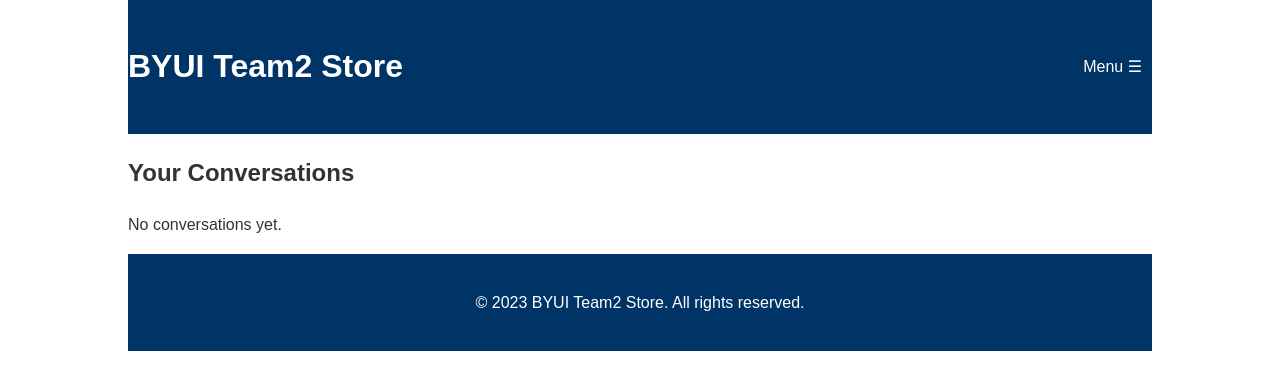
Repository: Jsime34/RexburgStore
Page: http://localhost/inbox/
These files come from the project's save history. The page is drawn as it stood at one moment and after the next save; the edit follows.
The browser window is 1280 px wide. The pictures show the whole page.
The page is served by the project's application, run on Django 5.2 (manage.py). The first stored user is signed in. Other server files are loaded and not shown. The page reads the database file committed with the project.

Above is the page before, as saved 2025-06-08 11:30:20.

### loginpage/templates/loginpage/inbox.html
{% extends 'loginpage/base.html' %}
{% block content %}
<div class="container">
    <h2>Your Conversations</h2>
    {% if conversations %}
        <ul>
            {% for user in conversations %}
                <li>
                    <a href="{% url 'conversation' user.id %}">
                        {{ user.username }}
                    </a>
                </li>
            {% endfor %}
        </ul>
    {% else %}
        <p>No conversations yet.</p>
    {% endif %}
</div>
{% endblock %}

### loginpage/templates/loginpage/base.html
{% load static %}
<!DOCTYPE html>
<html lang="en">
<head>
    <meta charset="UTF-8">
    <meta name="viewport" content="width=device-width, initial-scale=1.0">
    <link rel="stylesheet" href="{% static 'loginpage/style.css' %}">
    <script src="https://cdn.jsdelivr.net/npm/sweetalert2@11"></script>
    <script src="{% static 'loginpage/scripts.js' %}" defer></script>
    <title>{% block title %}BYUI Store{% endblock %}</title>
</head>
<body>
    <header class="container">
        <div class="header-content">
            <h1>BYUI Team2 Store</h1>
            <div class="menu-container">
                <a href="#" id="menu-toggle" class="nav-link">Menu ☰</a>
                <div class="nav-links" id="menu-content">
                    {% if user.is_authenticated %}
                        <a href="{% url 'create-listing' %}" class="nav-link">Create Listing</a>
                        <a href="{% url 'logout' %}" class="nav-link">Logout</a>
                        <a href="{% url 'user-dashboard' %}" class="nav-link">Dashboard</a>
                        <a href="{% url 'inbox' %}" class="nav-link">Inbox</a>
                        <a href="{% url 'chat' %}" class="nav-link">RexburgChat</a>
                    {% else %}
                        <a href="{% url 'login' %}" class="nav-link">Login</a>
                        <a href="{% url 'signup' %}" class="nav-link">Signup</a>
                    {% endif %}
                    <a href="/" class="nav-link">Home</a>
                </div>
            </div>
        </div>
    </header>

    {% block content %}{% endblock %}

    <footer class="container">
        <p>&copy; 2023 BYUI Team2 Store. All rights reserved.</p>
    </footer>
</body>
</html>

### loginpage/views.py
from django.shortcuts import render, redirect
from django.contrib.auth import authenticate, login
from django.contrib.auth.forms import UserCreationForm
from django.contrib import messages
from django.contrib.auth.decorators import login_required
from django.contrib.auth import logout
from .forms import CustomUserCreationForm
from .forms import ListingForm
from .models import Listing, Message
from django.shortcuts import get_object_or_404
from django.contrib.auth.models import User
from django.db import models
from django.db.models import Q, Max
# from .models import Message
from django.contrib.auth.models import User


def store_view(request):
    listings = Listing.objects.all()
    categories = Listing.objects.values_list('category', flat=True).distinct()

    selected_category = request.GET.get('category')
    if selected_category:
        listings = listings.filter(category=selected_category)

    return render(request, "loginpage/loginpage.html", {
        "listings": listings,
        "categories": categories,
        "selected_category": selected_category,
    })


def login_view(request):
    show_alert = request.GET.get("auth_required") == "true"

    if request.method == "POST":
        username = request.POST["username"]
        password = request.POST["password"]
        user = authenticate(request, username=username, password=password)
        if user is not None:
            login(request, user)
            return redirect("store")  # redirect to store
        else:
            messages.error(request, "Invalid username or password.")

    return render(request, "loginpage/login.html", {"show_alert": show_alert})



def signup_view(request):
    if request.method == "POST":
        form = CustomUserCreationForm(request.POST)
        if form.is_valid():
            form.save()
            messages.success(request, "Account created! You can now log in.")
            return redirect("login")
    else:
        form = CustomUserCreationForm()
    return render(request, "loginpage/signup.html", {"form": form})


@login_required
def home_view(request):
    return render(request, "loginpage/home.html")  # optional


def logout_view(request):
    logout(request)
    messages.success(request, "You have been logged out.")
    return redirect("login")

@login_required(login_url='login')
def create_listing(request):
    if request.method == "POST":
        form = ListingForm(request.POST, request.FILES)
        if form.is_valid():
            listing = form.save(commit=False)
            listing.seller = request.user
            listing.save()
            messages.success(request, "Listing created successfully!")
            return redirect("create-listing")
    else:
        form = ListingForm()
    return render(request, "loginpage/create_listing.html", {"form": form})

@login_required
def user_dashboard(request):
    user = request.user
    user_listings = Listing.objects.filter(seller=user)

    context = {
        "user": user,
        "listings": user_listings,
    }
    return render(request, "loginpage/dashboard.html", context)

@login_required
def delete_listing(request, listing_id):
    listing = get_object_or_404(Listing, id=listing_id, seller=request.user)
    if request.method == "POST":
        listing.delete()
        messages.success(request, "Listing deleted.")
    return redirect("user-dashboard")


@login_required
def edit_listing(request, listing_id):
    listing = Listing.objects.get(id=listing_id, seller=request.user)

    if request.method == "POST":
        form = ListingForm(request.POST, request.FILES, instance=listing)
        if form.is_valid():
            form.save()
            messages.success(request, "Listing updated successfully!")
            return redirect("user-dashboard")
    else:
        form = ListingForm(instance=listing)

    return render(request, "loginpage/edit_listing.html", {"form": form, "listing": listing})

def listing_detail(request, listing_id):
    listing = get_object_or_404(Listing, id=listing_id)
    return render(request, "loginpage/listing_detail.html", {"listing": listing})

def seller_profile(request, seller_id):
    seller = get_object_or_404(User, id=seller_id)
    listings = Listing.objects.filter(seller=seller)

    return render(request, "loginpage/seller_profile.html", {
        "seller": seller,
        "listings": listings
    })



@login_required
def chat_view(request):
    return render(request, "loginpage/chat.html", {"username": request.user.username})


@login_required
def conversation_view(request, listing_id):
    listing = get_object_or_404(Listing, id=listing_id)
    other_user = listing.seller
    user = request.user

    # Get all messages between the two users
    messages = Message.objects.filter(
        listing=listing,
        sender__in=[user, other_user],
        receiver__in=[user, other_user]
    ).order_by("timestamp")

    # Sending a message
    if request.method == "POST":
        content = request.POST.get("content")
        if content:
            Message.objects.create(
                sender=user,
                receiver=other_user,
                listing=listing,
                content=content
            )
            return redirect('conversation', listing_id=listing.id)

    context = {
        'messages': messages,
        'listing': listing,
        'other_user': other_user,
    }
    return render(request, "loginpage/conversation.html", context)


@login_required
def inbox_view(request):
    user = request.user

    # Get all listings the user has either sent or received messages about
    messages = Message.objects.filter(
        models.Q(sender=user) | models.Q(receiver=user)
    ).select_related('listing', 'sender', 'receiver').order_by('-timestamp')

    # Create a set of unique (listing, other_user) threads
    threads = []
    seen = set()
    for msg in messages:
        other_user = msg.receiver if msg.sender == user else msg.sender
        thread_key = (msg.listing.id, other_user.id)
        if thread_key not in seen:
            threads.append({
                "listing": msg.listing,
                "other_user": other_user,
                "last_message": msg
            })
            seen.add(thread_key)

    return render(request, "loginpage/inbox.html", {"threads": threads})

### mysite/urls.py
"""
URL configuration for mysite project.

The `urlpatterns` list routes URLs to views. For more information please see:
    https://docs.djangoproject.com/en/5.2/topics/http/urls/
Examples:
Function views
    1. Add an import:  from my_app import views
    2. Add a URL to urlpatterns:  path('', views.home, name='home')
Class-based views
    1. Add an import:  from other_app.views import Home
    2. Add a URL to urlpatterns:  path('', Home.as_view(), name='home')
Including another URLconf
    1. Import the include() function: from django.urls import include, path
    2. Add a URL to urlpatterns:  path('blog/', include('blog.urls'))
"""
from django.contrib import admin
from django.urls import path, include
from django.conf import settings  # ✅ Needed for serving media
from django.conf.urls.static import static

urlpatterns = [
    path('admin/', admin.site.urls),
    path("", include("loginpage.urls")),
]

if settings.DEBUG:
    urlpatterns += static(settings.MEDIA_URL, document_root=settings.MEDIA_ROOT)

### loginpage/urls.py
from django.urls import path
from . import views

urlpatterns = [
    path("", views.store_view, name="store"),
    path("login/", views.login_view, name="login"),
    path("signup/", views.signup_view, name="signup"),
    path("logout/", views.logout_view, name="logout"),
    path("home/", views.home_view, name="home"),
    path("create/", views.create_listing, name="create-listing"),
    path("dashboard/", views.user_dashboard, name="user-dashboard"),
    path("delete/<int:listing_id>/", views.delete_listing, name="delete-listing"),
    path("edit/<int:listing_id>/", views.edit_listing, name="edit-listing"),
    path("listing/<int:listing_id>/", views.listing_detail, name="listing-detail"),
    path("seller/<int:seller_id>/", views.seller_profile, name="seller-profile"),
    path("chat/", views.chat_view, name="chat"),
    path("chat/listing/<int:listing_id>/", views.conversation_view, name="conversation"),
    path("inbox/", views.inbox_view, name="inbox"),
]

### loginpage/static/loginpage/style.css
body {
    font-family: Arial, sans-serif;
    line-height: 1.6;
    margin: 0;
    padding: 0;
    color: #333;
}
.container {
    width: 80%;
    margin: auto;
    overflow: hidden;
}
header {
    background: #003366;
    color: white;
    padding: 20px 0;
}
.header-content {
    display: flex;
    justify-content: space-between;
    align-items: center;
}
.nav-links {
    display: flex;
    gap: 20px;
}
.nav-link {
    position: relative;
    color: white;
    text-decoration: none;
    padding: 0 10px;
}
.nav-link:not(:last-child)::after {
    content: "|";
    position: absolute;
    right: -12px;
    color: white;
}
.nav-link:hover {
    text-decoration: underline;
}
.hero {
    padding: 40px 0;
    text-align: center;
    background: #f4f4f4;
}
.cta-button {
    display: inline-block;
    background: #003366;
    color: white;
    padding: 10px 20px;
    text-decoration: none;
    border-radius: 5px;
    margin: 20px 0;
}
.features {
    padding: 40px 0;
    text-align: center;
}
table {
    width: 100%;
    border-collapse: collapse;
    margin: 20px 0;
}
th, td {
    padding: 15px;
    border: 1px solid #ddd;
    text-align: center;
}
.newsletter {
    background: #f4f4f4;
    padding: 40px 0;
    text-align: center;
}
input[type="email"] {
    padding: 10px;
    width: 300px;
    margin-right: 10px;
}
input[type="submit"] {
    padding: 10px 20px;
    background: #003366;
    color: white;
    border: none;
    border-radius: 5px;
    cursor: pointer;
}
footer {
    background: #003366;
    color: white;
    text-align: center;
    padding: 20px 0;
    margin-top: 20px;
}

.listing-grid {
    display: grid;
    grid-template-columns: repeat(auto-fit, minmax(250px, 1fr));
    gap: 1.5rem;
    margin-top: 1rem;
}

.listing-card {
    border: 1px solid #ccc;
    padding: 1rem;
    border-radius: 8px;
    background-color: #fdfdfd;
    box-shadow: 0 2px 6px rgba(0, 0, 0, 0.05);
}

.listing-image {
    width: 50%;
    height: 200px;
    object-fit: cover;
    border-radius: 6px;
    margin-bottom: 0.5rem;
    display: block;
    background-color: #f4f4f4;
}


.menu-container {
    position: relative;
}

#menu-content {
    display: none;
    flex-direction: row;
    gap: 10px;
}

### loginpage/static/loginpage/scripts.js
// scripts.js

document.addEventListener("DOMContentLoaded", function () {
    // SweetAlert2 for form errors
    const errorDataElement = document.getElementById("form-errors-data");
    if (errorDataElement) {
        const errors = JSON.parse(errorDataElement.textContent);
        let message = "";
        for (const [field, fieldErrors] of Object.entries(errors)) {
            fieldErrors.forEach((error) => {
                message += `${field}: ${error}\n`;
            });
        }

        Swal.fire({
            icon: "error",
            title: "Form Error",
            text: message,
            confirmButtonColor: "#003366",
        });
    }

    // SweetAlert2 for listing success
    if (window.listingSuccessMessages && window.listingSuccessMessages.length > 0) {
        Swal.fire({
            icon: "success",
            title: "Success!",
            text: window.listingSuccessMessages.join("\n"),
            confirmButtonColor: "#003366",
        });
    }

    // ----------------------
    // Ably Chat Integration
    // ----------------------

    // Only run if chat container exists
    if (document.getElementById("chat-log")) {
        const ably = new Ably.Realtime("gO7FKA.3mj-1Q:g-UunUZGmbXW_bcwflzEAvyIGKb4Ej3E3EVXnp-ad6o");
        const channel = ably.channels.get("rexburg-store-chat");

        // Send a chat message
        window.sendMessage = function () {
            const input = document.getElementById("chat-message");
            const message = input.value.trim();
            if (message) {
                channel.publish("message", message);
                input.value = "";
            }
        };

        // Listen for incoming messages
        channel.subscribe("message", function (msg) {
            const log = document.getElementById("chat-log");
            const line = document.createElement("div");
            line.textContent = msg.data;
            log.appendChild(line);
            log.scrollTop = log.scrollHeight;
        });
    }
});


// for hambuger button

document.addEventListener("DOMContentLoaded", function () {
    const toggle = document.getElementById("menu-toggle");
    const content = document.getElementById("menu-content");

    if (toggle && content) {
        toggle.addEventListener("click", function (e) {
            e.preventDefault();
            content.style.display = content.style.display === "block" ? "none" : "block";
        });
    }
});

### db.sqlite3 (the tables this page reads, as SQL)
CREATE TABLE "auth_user" ("id" integer NOT NULL PRIMARY KEY AUTOINCREMENT, "password" varchar(128) NOT NULL, "last_login" datetime NULL, "is_superuser" bool NOT NULL, "username" varchar(150) NOT NULL UNIQUE, "last_name" varchar(150) NOT NULL, "email" varchar(254) NOT NULL, "is_staff" bool NOT NULL, "is_active" bool NOT NULL, "date_joined" datetime NOT NULL, "first_name" varchar(150) NOT NULL);
INSERT INTO "auth_user" VALUES
(2, 'pbkdf2_sha256$1000000$pTHOfOZIVh6pkdfwENTZiJ$0xqN4d2ZQaER/kjbY+HtoCh5G3IEONyuW+0ILSPqSS8=', '2025-06-04 20:09:21', 1, 'LaNiz', 'Ncube', 'laniz@byui.edu', 1, 1, '2025-06-04 18:39:21', 'Shepherd'),
(3, 'pbkdf2_sha256$720000$jAkpbOOSjwGJvUYdd0I7cI$ObWYDqu2Vmy6DTrvvSsigNGykh120jrTk1mpQyZdeA8=', '2025-06-16 20:59:03.714832', 0, 'new_user_3', 'User', 'new_user@byui.edu', 0, 1, '2025-06-11 21:27:33.990591', 'New2'),
(4, 'pbkdf2_sha256$1000000$hd6gUeF0QEkxNsW51XpPod$ZGO+pX7A6xk255pzb2Ccox78P+7OrTWj1QppsV2HOI8=', '2025-06-16 20:10:03.000146', 0, 'new_user_4', 'user', 'new_user@byui.edu', 0, 1, '2025-06-11 22:30:39.478603', 'New4'),
(5, 'pbkdf2_sha256$720000$SrzJ737OsgXnhCjqpF9Vcf$6T9u9GN341mNAn2qlEG8q0mffkoMvXeFISrNDMUCb4A=', '2025-06-16 20:55:24.975723', 1, 'superuser', 'Ncube', 'zkghkjs@gm.com', 1, 1, '2025-06-12 00:13:19', 'Shepherd'),
(6, 'pbkdf2_sha256$720000$bPRXNAQZqFtTyshvT7SPni$c787J6EFql9pDUWjt29SNOQxWtcu1TfU/SsSNbjvh+I=', NULL, 0, 'jsime', 'Gutierrez Zevallos', 'jaimegut3005@byui.edu', 0, 1, '2025-06-16 20:54:03.579258', 'Jaime'),
(7, 'pbkdf2_sha256$720000$svztrXiJ47ZOnVxZ7yYUzK$7jSZBBo8aS6OsulyZgrIYOoLhEoUJwxOpC55pAgbm90=', NULL, 0, 'Jsime21', '', '', 0, 1, '2025-06-16 20:56:15.292344', '');

CREATE TABLE "loginpage_listing" ("id" integer NOT NULL PRIMARY KEY AUTOINCREMENT, "title" varchar(100) NOT NULL, "description" text NOT NULL, "price" decimal NOT NULL, "category" varchar(20) NOT NULL, "condition" varchar(20) NOT NULL, "image" varchar(100) NULL, "created_at" datetime NOT NULL, "seller_id" integer NOT NULL REFERENCES "auth_user" ("id") DEFERRABLE INITIALLY DEFERRED);
INSERT INTO "loginpage_listing" VALUES
(3, 'iphone 11', 'New iphone, buy please', 899, 'electronics', 'new', 'listing_images/5613842_sd-630985700_z0XUDux.jpg', '2025-06-11 22:28:28.251129', 3),
(4, 'laptop', 'not working, can buy for parts', 200, 'electronics', 'for_parts', 'listing_images/laptop.jpg', '2025-06-11 22:44:20.225666', 3),
(6, 'Gucci bag', 'Used Gucci bag', 299, 'clothing', 'like_new', 'listing_images/Gucci_kTvjHWk.jpeg', '2025-06-12 00:19:52.189532', 4),
(7, 'Cal 2 text book', 'Used text book', 20, 'books', 'used', 'listing_images/Cal_2.jpg', '2025-06-12 00:23:43.229765', 2),
(8, 'New Chair', 'Used chair', 40, 'furniture', 'used', 'listing_images/chair.jpeg', '2025-06-12 00:27:03.191225', 4),
(9, 'New car', 'New car', 2000, 'other', 'new', 'listing_images/car.JPG', '2025-06-12 00:28:33.295147', 2),
(10, 'Galaxy s26', 'Pre order your S26 here', 2000, 'electronics', 'new', 'listing_images/s26.webp', '2025-06-12 00:57:52.611567', 4),
(11, 'plant', 'Used plant?', 20, 'other', 'used', 'listing_images/grow-jade-plants-indoors-1902981-01-8f7707a296d3481585008307e61f5655-2595218911.jpg', '2025-06-12 01:03:29.347640', 4),
(12, 'Jordan 13', 'Slightly used Jordan 13', 99, 'clothing', 'like_new', 'listing_images/801581_1-3653999636.jpg', '2025-06-12 01:07:19.079839', 4),
(13, 'testing', ',sfs', 20, 'furniture', 'like_new', '', '2025-06-12 01:09:02.846850', 4),
(14, 'test notificatio n', 'skfjhsakj', 200, 'electronics', 'new', '', '2025-06-12 01:12:15.213463', 4);

CREATE TABLE "loginpage_message" ("id" integer NOT NULL PRIMARY KEY AUTOINCREMENT, "content" text NOT NULL, "timestamp" datetime NOT NULL, "receiver_id" integer NOT NULL REFERENCES "auth_user" ("id") DEFERRABLE INITIALLY DEFERRED, "sender_id" integer NOT NULL REFERENCES "auth_user" ("id") DEFERRABLE INITIALLY DEFERRED, "listing_id" bigint NOT NULL REFERENCES "loginpage_listing" ("id") DEFERRABLE INITIALLY DEFERRED);
INSERT INTO "loginpage_message" VALUES
(2, 'is this available?', '2025-06-11 22:44:50.476240', 3, 4, 4),
(3, 'hello there >)', '2025-06-16 20:57:26.684374', 3, 5, 3),
(4, 'hello bro', '2025-06-16 20:58:06.157886', 3, 5, 3),
(5, 'HELLO', '2025-06-16 20:58:09.257848', 3, 5, 3),
(6, 'ANSWER', '2025-06-16 20:58:12.190596', 3, 5, 3),
(7, 'XXXXXXXXXXXXXXXXXXXXXXXXXXXXXXXXXX', '2025-06-16 20:58:18.091849', 3, 5, 3),
(8, 'q
', '2025-06-16 20:59:23.074915', 3, 3, 4);

After the next save:
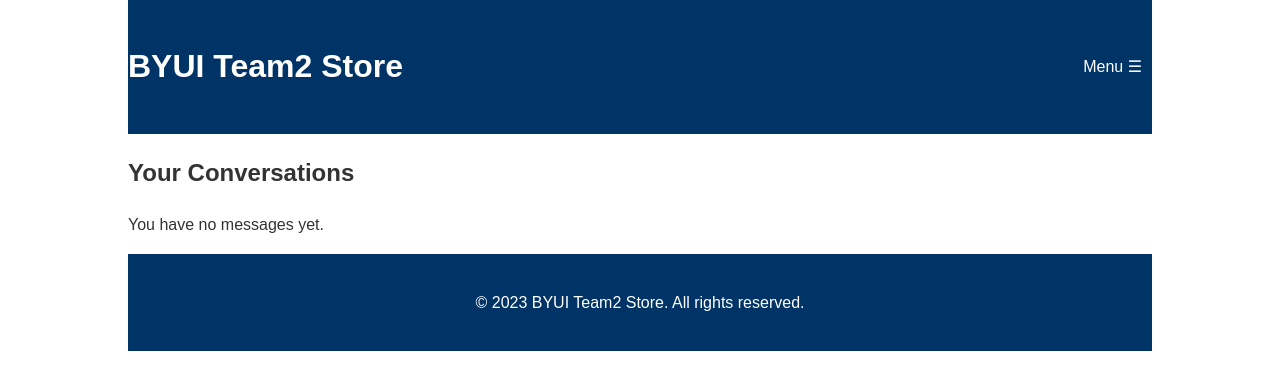
Saved 5 min 2 s later.
--- a/loginpage/templates/loginpage/inbox.html
+++ b/loginpage/templates/loginpage/inbox.html
@@ -1,19 +1,23 @@
 {% extends 'loginpage/base.html' %}
+
 {% block content %}
 <div class="container">
     <h2>Your Conversations</h2>
-    {% if conversations %}
-        <ul>
-            {% for user in conversations %}
-                <li>
-                    <a href="{% url 'conversation' user.id %}">
-                        {{ user.username }}
+
+    {% if threads %}
+        <ul style="list-style: none; padding-left: 0;">
+            {% for thread in threads %}
+                <li style="margin-bottom: 1rem; border-bottom: 1px solid #ccc; padding-bottom: 0.5rem;">
+                    <a href="{% url 'conversation' user_id=thread.other_user.id %}?listing_id={{ thread.listing.id }}" style="text-decoration: none; color: inherit;">
+                        <strong>{{ thread.other_user.username }}</strong> <br>
+                        <em>Listing: {{ thread.listing.title }}</em><br>
+                        <small>Last message: {{ thread.last_message.timestamp|date:"M d, H:i" }}</small>
                     </a>
                 </li>
             {% endfor %}
         </ul>
     {% else %}
-        <p>No conversations yet.</p>
+        <p>You have no messages yet.</p>
     {% endif %}
 </div>
 {% endblock %}
